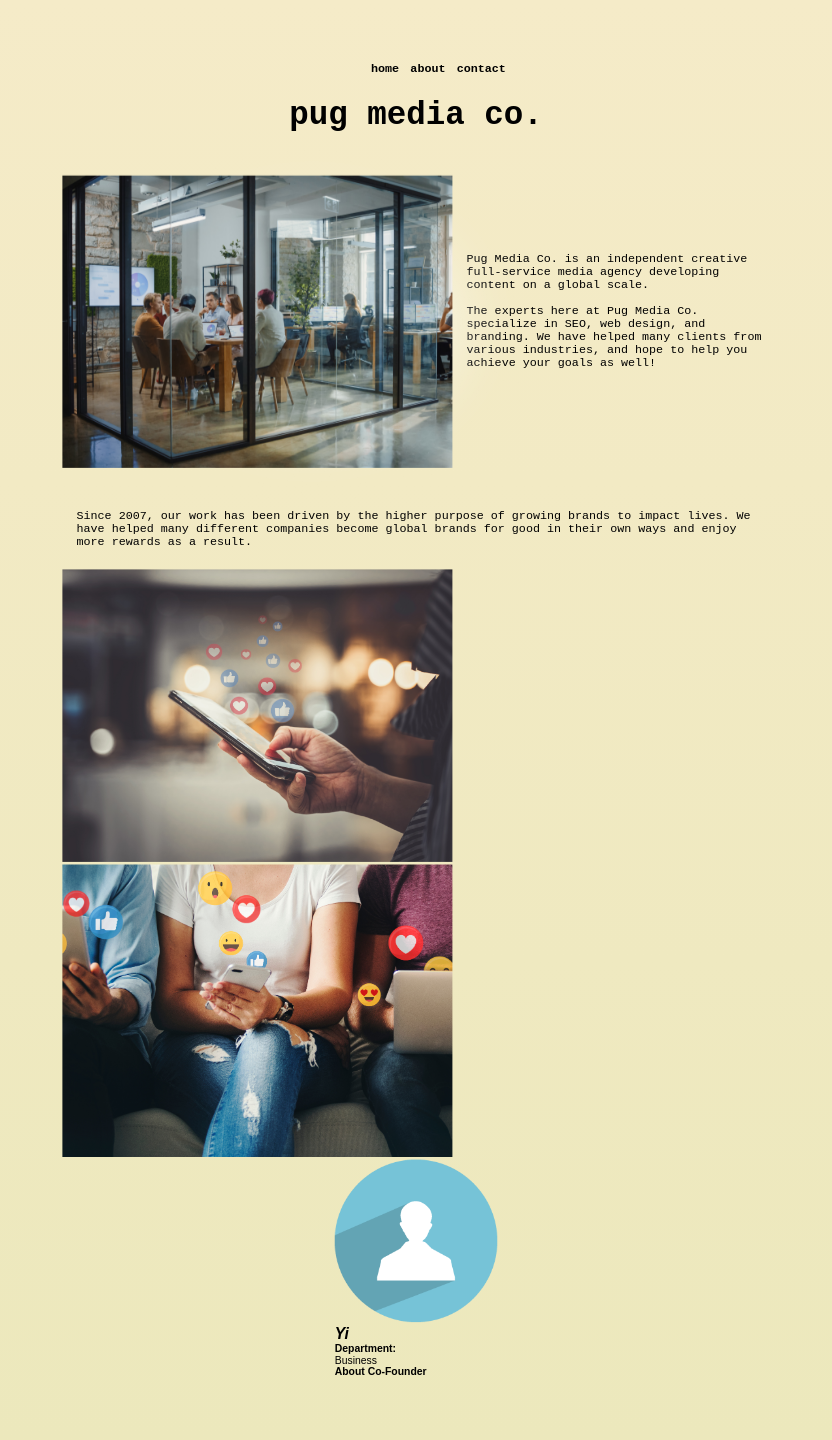
Repository: cheungglenda/MDIA2109-Week3
Page: /
These files come from the project's save history. The page is drawn as it stood at one moment and after the next save; the edit follows.
The browser window is 1280 px wide. The pictures show the whole page, at 65% of full size.
The project was rebuilt for these pictures with package versions that can differ from the ones it lists, and the page was loaded fresh each time. The framework's server and built-in components were replaced by stand-ins that run in the browser. Also part of the build but not shown: next.config.js.

Above is the page before, as saved 2023-01-20 23:22:31.

After the next save:
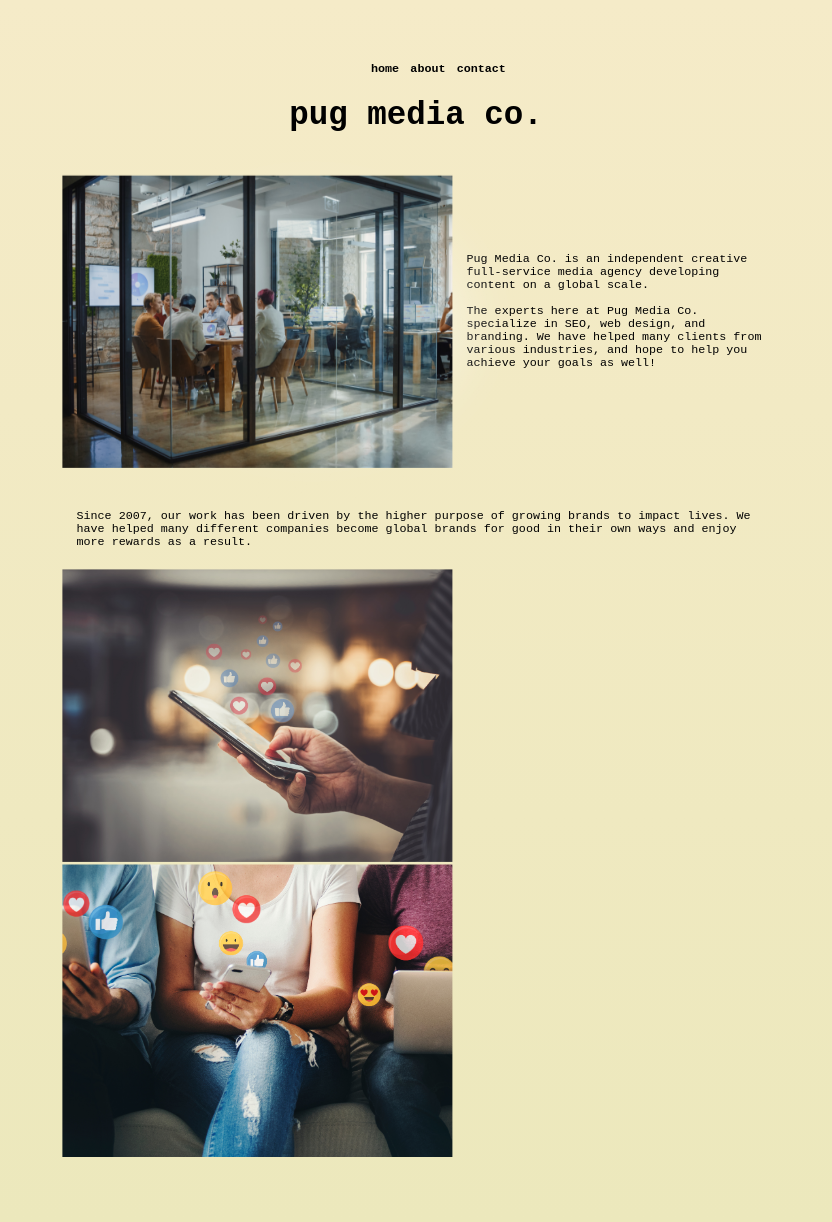
Saved 8 s later.
--- a/data/education.json
+++ b/data/education.json
@@ -2,9 +2,8 @@
         {
             "firstName": "Yi",
             "lastName": "Li",
-            "department": "Business",
             "jobTitle": "Co-Founder",
-            "graduted": 2014
+            "contact": "yli@pugmedia.co"
         },
         {
             "firstName": "Jennifer",
